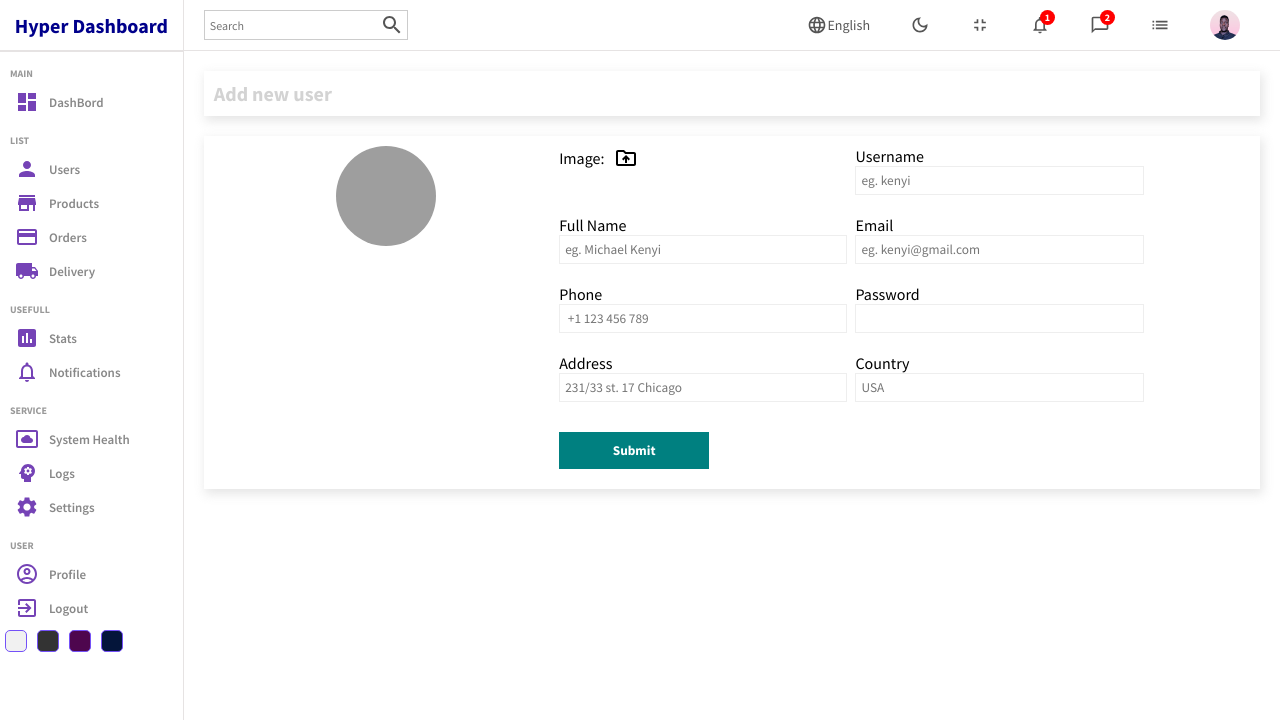
Repository: kenyi-mic/DashBoard
Page: /users/new
An editor plug-in stored every save of this project. The page is shown before and after a run of saves, followed by the edit.
The browser window is 1280 px wide. The pictures show the whole page.
Pictures or frames that could not be fetched are drawn as grey boxes. The project was rebuilt for these pictures with package versions that can differ from the ones it lists, and the page was loaded fresh each time. Also part of the build but not shown: src/pages/home/home.scss, src/pages/home/Home.jsx, src/pages/list/list.scss, src/components/datatable/datatable.scss, src/datatableSource.js, src/components/datatable/Datatable.jsx, src/pages/list/List.jsx, src/pages/single/single.scss and 6 more.

Above is the page before, as saved 2022-05-24 16:11:15.

### public/index.html
<!DOCTYPE html>
<html lang="en">

<head>
  <meta charset="utf-8" />
  <meta name="viewport" content="width=device-width, initial-scale=1" />
  <meta name="theme-color" content="#000000" />
  <meta name="description" content="Web site created using create-react-app" />
  <link rel="preconnect" href="https://fonts.googleapis.com">
  <link rel="preconnect" href="https://fonts.gstatic.com" crossorigin>
  <link
    href="https://fonts.googleapis.com/css2?family=Nunito:wght@200;300;400;500;600;700;800;900&family=Source+Sans+Pro:wght@200;300;400;600;700;900&display=swap"
    rel="stylesheet">
  <title>Hyper Dashboard</title>
  <style>
    * {
      margin: 0;
      font-family: 'Nunito', sans-serif;
      font-family: 'Source Sans Pro', sans-serif;
    }
  </style>
</head>

<body>
  <div id="root"></div>

</body>

</html>

### src/App.js
import { BrowserRouter, Routes, Route } from "react-router-dom";
import Home from "./pages/home/Home";
import List from "./pages/list/List";
import Single from "./pages/single/Single";
import New from "./pages/new/New";
import { Login } from "./pages/login/Login";

function App() {
  return (
    <div className="App">
      <BrowserRouter>
        <Routes>
          <Route path="/">
            <Route index element={<Home />} />
            <Route path="login" element={<Login />} />
            <Route path="users">
              <Route index element={<List />} />
              <Route path=":userId" element={<Single />} />
              <Route path="new" element={<New />} />
            </Route>
            <Route path="products">
              <Route index element={<List />} />
              <Route path=":productId" element={<Single />} />
              <Route path="new" element={<New />} />
            </Route>
          </Route>
        </Routes>
      </BrowserRouter>
    </div>
  );
}

export default App;

### src/pages/new/New.jsx
import React from "react";
import "./new.scss";
import Header from "../../components/Header/Header";
import Sidebar from "../../components/sidebar/Sidebar";
import { DriveFolderUploadOutlined } from "@mui/icons-material";

const New = () => {
  return (
    <div className="new">
      <Sidebar />
      <div className="newContainer">
        <Header />
        <div className="top">
          <h1>Add new user</h1>
        </div>
        <div className="bottom">
          <div className="left">
            <img
              src="https://icon-library.com/images/no-image-icon/no-image-icon-0.jpg"
              alt=""
            />
          </div>
          <div className="right">
            <form>
              <div className="formInput">
                <label htmlFor="file">
                 Image:  <DriveFolderUploadOutlined  className="icon"/>
                </label>
                <input type="file" id="file" style={{ display: "none" }} />
              </div>
              <div className="formInput">
                <label htmlFor="username">Username</label>
                <input type="text" id="username" placeholder="eg. kenyi" />
              </div>
              <div className="formInput">
                <label htmlFor="fullname">Full Name</label>
                <input
                  type="text"
                  id="fullname"
                  placeholder="eg. Michael Kenyi"
                />
              </div>
              <div className="formInput">
                <label htmlFor="email">Email</label>
                <input
                  type="email"
                  id="email"
                  placeholder="eg. kenyi@gmail.com"
                />
              </div>
              <div className="formInput">
                <label htmlFor="phone">Phone</label>
                <input type="phone" id="phone" placeholder=" +1 123 456 789" />
              </div>
              <div className="formInput">
                <label htmlFor="password">Password</label>
                <input type="password" id="password" />
              </div>
              <div className="formInput">
                <label htmlFor="address">Address</label>
                <input
                  type="text"
                  id="address"
                  placeholder="231/33 st. 17 Chicago"
                />
              </div>
              <div className="formInput">
                <label htmlFor="country">Country</label>
                <input type="text" id="country" placeholder="USA" />
              </div>
              <button>Submit</button>
            </form>
          </div>
        </div>
      </div>
    </div>
  );
};

export default New;

### src/components/Header/Header.jsx
import React from "react";
import "./header.scss";
import {
  Search,
  DarkModeOutlined,
  LanguageOutlined,
  FullscreenExitOutlined,
  ChatBubbleOutlineOutlined,
  ListOutlined,
  NotificationsNoneOutlined,
} from "@mui/icons-material";

function Header() {
  return (
    <div className="header">
      <div className="wrapper">
        <div className="search">
          <input type="text" className="searchInput" placeholder="Search" />
          <Search />
        </div>
        <div className="items">
          <div className="item">
            <LanguageOutlined className="icon" />
            English
          </div>
          <div className="item">
            <DarkModeOutlined className="icon" />
          </div>
          <div className="item">
            <FullscreenExitOutlined className="icon" />
          </div>
          <div className="item">
            <NotificationsNoneOutlined className="icon" />
            <div className="counter">1</div>
          </div>
          <div className="item">
            <ChatBubbleOutlineOutlined className="icon" />
            <div className="counter">2</div>
          </div>
          <div className="item">
            <ListOutlined className="icon" />
          </div>
          <div className="item">
            <img src="./image/mike.png" alt="" className="avatar" />
          </div>
        </div>
      </div>
    </div>
  );
}

export default Header;

### src/components/sidebar/Sidebar.jsx
import React from "react";
import "./sidebar.scss";
import {
  Dashboard,
  Person,
  Store,
  LocalShipping,
  Payment,
  InsertChart,
  NotificationsNone,
  SettingsSystemDaydream,
  Psychology,
  Settings,
  AccountCircleOutlined,
  ExitToAppOutlined,
} from "@mui/icons-material";

function Sidebar() {
  return (
    <div className="sidebar">
      <div className="top">
        <span className="logo">Hyper Dashboard</span>
      </div>
      <hr className="ruler" />
      <div className="center">
        <ul className="list-group">
          <p className="title">MAIN</p>
          <li>
            <Dashboard className="icon" />
            <span>DashBord</span>
          </li>
          <p className="title">LIST</p>
          <li>
            <Person className="icon" />
            <span>Users</span>
          </li>
          <li>
            <Store className="icon" />
            <span>Products</span>
          </li>
          <li>
            <Payment className="icon" />
            <span>Orders</span>
          </li>
          <li>
            <LocalShipping className="icon" />
            <span>Delivery</span>
          </li>
          <p className="title">USEFULL</p>
          <li>
            <InsertChart className="icon" />
            <span>Stats</span>
          </li>
          <li>
            <NotificationsNone className="icon" />
            <span>Notifications</span>
          </li>
          <p className="title">SERVICE</p>
          <li>
            <SettingsSystemDaydream className="icon" />
            <span>System Health</span>
          </li>
          <li>
            <Psychology className="icon" />
            <span>Logs</span>
          </li>
          <li>
            <Settings className="icon" />
            <span>Settings</span>
          </li>
          <p className="title">USER</p>
          <li>
            <AccountCircleOutlined className="icon" />
            <span>Profile</span>
          </li>
          <li>
            <ExitToAppOutlined className="icon" />
            <span>Logout</span>
          </li>
        </ul>
      </div>
      <div className="bottom">
        <div className="colorOption"></div>
        <div className="colorOption"></div>
        <div className="colorOption"></div>
        <div className="colorOption"></div>
      </div>
    </div>
  );
}

export default Sidebar;

### src/pages/new/new.scss
.new {
    display: flex;
    width: 100%;

    .newContainer {

        flex: 6;

        .top,
        .bottom {
            -webkit-box-shadow: 2px 4px 10px 1px rgba(0, 0, 0, 0.47);
            box-shadow: 2px 4px 10px 1px rgba(201, 201, 201, 0.47);
            padding: 10px;
            margin: 20px;
            display: flex;

            h1 {
                color: lightgrey;
                font-size: 20px;
            }

            .left {
                flex: 1;

                text-align: center;

                img {
                    width: 100px;
                    height: 100px;
                    border-radius: 50%;


                }
            }

            .right {
                flex: 2;

                form {
                    display: flex;
                    flex-wrap: wrap;
                    gap: 20px;

                    .formInput {
                        width: 40%;

                        label {
                            display: flex;
                            align-items: center;
                            gap: 10px;

                            .icon {
                                cursor: pointer;
                            }
                        }

                        input {
                            width: 100%;
                            padding: 5px;
                            border: 0.5px solid #eee;
                            outline: none;
                        }
                    }

                    button {
                        width: 150px;
                        padding: 10px;
                        border: none;
                        background-color: teal;
                        color: #fff;
                        font-weight: 700;
                        cursor: pointer;
                        margin: 10px 0px 10px 0px
                    }
                }

            }
        }
    }
}

### src/components/Header/header.scss
.header{
    height:50px;
    display: flex;
    justify-content: space-between;
    align-items:center;
    border-bottom: 0.5px solid rgb(230, 227, 227);
    font-size: 14px;
    color:#555;
    .wrapper{
        display:flex;
        justify-content: space-between;
        align-items:center;
        width: 100%;
        padding:20px;
        .search{
            display: flex;
            justify-content:center;
            align-items:center;
            border: 0.5px solid #ccc;
            padding: 2px 3px;
            .searchInput{
                border:none;
                outline: none;
                background-color: transparent;
                &::placeholder{
                    font-size:12px;
                }
            }
        }
        .items{
            display: flex;
            align-items: center;
            justify-content:center;
            .item{
                display: flex;
                align-items: center;
                justify-content: center;
                margin: 0px 20px;
                position: relative;
                cursor: pointer;

                .icon{
                    font-size:20px;
                }
                .avatar{
                    width: 30px;
                    height: 30px;
                    border-radius: 50%;
                }
                .counter{
                    width: 15px;
                    height: 15px;
                    background-color: red;
                    color:white;
                    border-radius: 50%;
                    display: flex;
                    font-size: 10px;
                    font-weight: bold;
                    align-items: center;
                    justify-content: center;
                    position:absolute;
                    top: -5px;
                    right: -5px;
                }
            }




        }
    }
}

### src/components/sidebar/sidebar.scss
.sidebar{
    flex: 1;
    border-right: 0.5px solid rgb(230, 227, 227);
    min-height: 100vh;
    background-color:white !important;
    .top{
        height:50px;
        display: flex;
        align-items: center;
        justify-content: center;
        .logo{
            font-size: 20px;
            font-weight: bold;
            color: darkblue;
        }
    }
    hr{
        height: 0px;
        border: 0.5px solid rgb(230, 227, 227);
    }

    .center{
        padding-left: 10px;
        ul{
            list-style: none;
            margin: 0px;
            padding: 0px;
            .title{
                font-size:10px;
                font-weight:bold;
                color:#999;
                margin-top: 15px;
                margin-bottom:5px;
            }
            li{
                display: flex;
                align-items: center;
                padding: 5px;
                &:hover{
                    background-color:rgb(212, 212, 224);
                }
                .icon{
                    font: size 18px;
                    color: rgb(117, 67, 182)

                }
                span{
                    font-size:13px;
                    font-weight: 600;
                    color:#888;
                    margin-left:10px;
                }
            }
        }
    }
    .bottom{
        display: flex;
        .colorOption{
            width: 20px;
            height:20px;
            border-radius:5px;
            border: 1px solid #7451f8;
            cursor: pointer;
            margin: 5px;
            &:nth-child(1){
                background-color: #f1f1f1;
            }
            &:nth-child(2){
                background-color: #333;
            }
            &:nth-child(3){
                background-color: #4e064e;
            }
            &:nth-child(4){
                background-color: #04153a;
            }
        }
    }
}

### src/formSource.js
export const userInputs = [
  {
    id: 1,
    label: "Username",
    type: "text",
    placeholder: "Enter your username",
  },
  {
    id: 2,
    label: "Full Name",
    type: "text",
    placeholder: "Enter your fullname",
  },
  {
    id: 3,
    label: "Email",
    type: "Email",
    placeholder: "Enter your email",
  },
  {
    id: 4,
    label: "Phone",
    type: "phone",
    placeholder: "+1 012 345 678",
  },
  {
    id: 5,
    label: "Password",
    type: "password",
    placeholder: "Enter your password",
  },
  {
    id: 6,
    label: "Address",
    type: "text",
    placeholder: "Enter your address",
  },
  {
    id: 7,
    label: "Country",
    type: "text",
    placeholder: "Enter your country",
  },
];

Loaded but not shown: src/index.js (common file); src/pages/login/login.scss (no stored copy; drawn as an empty file)

After the next 4 saves:
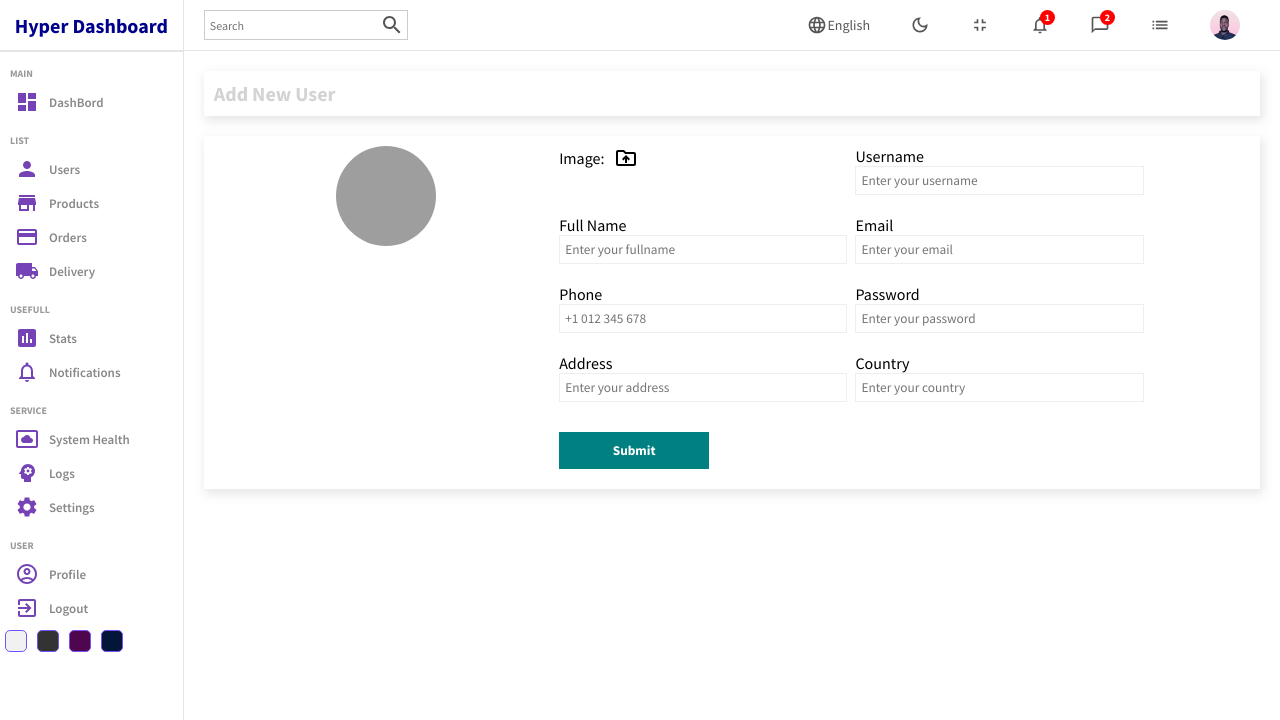
The 4 saves are shown as one change because 3 did not build or start.
The last was saved 19 min 8 s later.
--- a/src/App.js
+++ b/src/App.js
@@ -4,6 +4,7 @@ import List from "./pages/list/List";
 import Single from "./pages/single/Single";
 import New from "./pages/new/New";
 import { Login } from "./pages/login/Login";
+import { productInputs, userInputs } from "./formSource";
 
 function App() {
   return (
@@ -16,12 +17,18 @@ function App() {
             <Route path="users">
               <Route index element={<List />} />
               <Route path=":userId" element={<Single />} />
-              <Route path="new" element={<New />} />
+              <Route
+                path="new"
+                element={<New inputs={userInputs} title="Add New User" />}
+              />
             </Route>
             <Route path="products">
               <Route index element={<List />} />
               <Route path=":productId" element={<Single />} />
-              <Route path="new" element={<New />} />
+              <Route
+                path="new"
+                element={<New inputs={productInputs} title="Add New Product" />}
+              />
             </Route>
           </Route>
         </Routes>
--- a/src/pages/new/New.jsx
+++ b/src/pages/new/New.jsx
@@ -4,14 +4,14 @@ import Header from "../../components/Header/Header";
 import Sidebar from "../../components/sidebar/Sidebar";
 import { DriveFolderUploadOutlined } from "@mui/icons-material";
 
-const New = () => {
+const New = ({ inputs, title }) => {
   return (
     <div className="new">
       <Sidebar />
       <div className="newContainer">
         <Header />
         <div className="top">
-          <h1>Add new user</h1>
+          <h1>{title}</h1>
         </div>
         <div className="bottom">
           <div className="left">
@@ -24,50 +24,21 @@ const New = () => {
             <form>
               <div className="formInput">
                 <label htmlFor="file">
-                 Image:  <DriveFolderUploadOutlined  className="icon"/>
+                  Image: <DriveFolderUploadOutlined className="icon" />
                 </label>
                 <input type="file" id="file" style={{ display: "none" }} />
               </div>
-              <div className="formInput">
-                <label htmlFor="username">Username</label>
-                <input type="text" id="username" placeholder="eg. kenyi" />
-              </div>
-              <div className="formInput">
-                <label htmlFor="fullname">Full Name</label>
-                <input
-                  type="text"
-                  id="fullname"
-                  placeholder="eg. Michael Kenyi"
-                />
-              </div>
-              <div className="formInput">
-                <label htmlFor="email">Email</label>
-                <input
-                  type="email"
-                  id="email"
-                  placeholder="eg. kenyi@gmail.com"
-                />
-              </div>
-              <div className="formInput">
-                <label htmlFor="phone">Phone</label>
-                <input type="phone" id="phone" placeholder=" +1 123 456 789" />
-              </div>
-              <div className="formInput">
-                <label htmlFor="password">Password</label>
-                <input type="password" id="password" />
-              </div>
-              <div className="formInput">
-                <label htmlFor="address">Address</label>
-                <input
-                  type="text"
-                  id="address"
-                  placeholder="231/33 st. 17 Chicago"
-                />
-              </div>
-              <div className="formInput">
-                <label htmlFor="country">Country</label>
-                <input type="text" id="country" placeholder="USA" />
-              </div>
+              {inputs.map((input) => (
+                <div className="formInput">
+                  <label htmlFor={input.id}>{input.label}</label>
+                  <input
+                    type={input.type}
+                    id={input.id}
+                    placeholder={input.placeholder}
+                  />
+                </div>
+              ))}
+
               <button>Submit</button>
             </form>
           </div>
--- a/src/formSource.js
+++ b/src/formSource.js
@@ -42,3 +42,48 @@ export const userInputs = [
     placeholder: "Enter your country",
   },
 ];
+
+export const productInputs = [
+  {
+    id: 1,
+    label: "Title",
+    type: "text",
+    placeholder: "Enter product name",
+  },
+  {
+    id: 2,
+    label: "Description",
+    type: "text",
+    placeholder: "Enter description",
+  },
+  {
+    id: 3,
+    label: "Price",
+    type: "text",
+    placeholder: "Enter product price",
+  },
+  {
+    id: 4,
+    label: "Phone",
+    type: "phone",
+    placeholder: "+1 012 345 678",
+  },
+  {
+    id: 5,
+    label: "Password",
+    type: "password",
+    placeholder: "Enter your password",
+  },
+  {
+    id: 6,
+    label: "Address",
+    type: "text",
+    placeholder: "Enter your address",
+  },
+  {
+    id: 7,
+    label: "Country",
+    type: "text",
+    placeholder: "Enter your country",
+  },
+];
